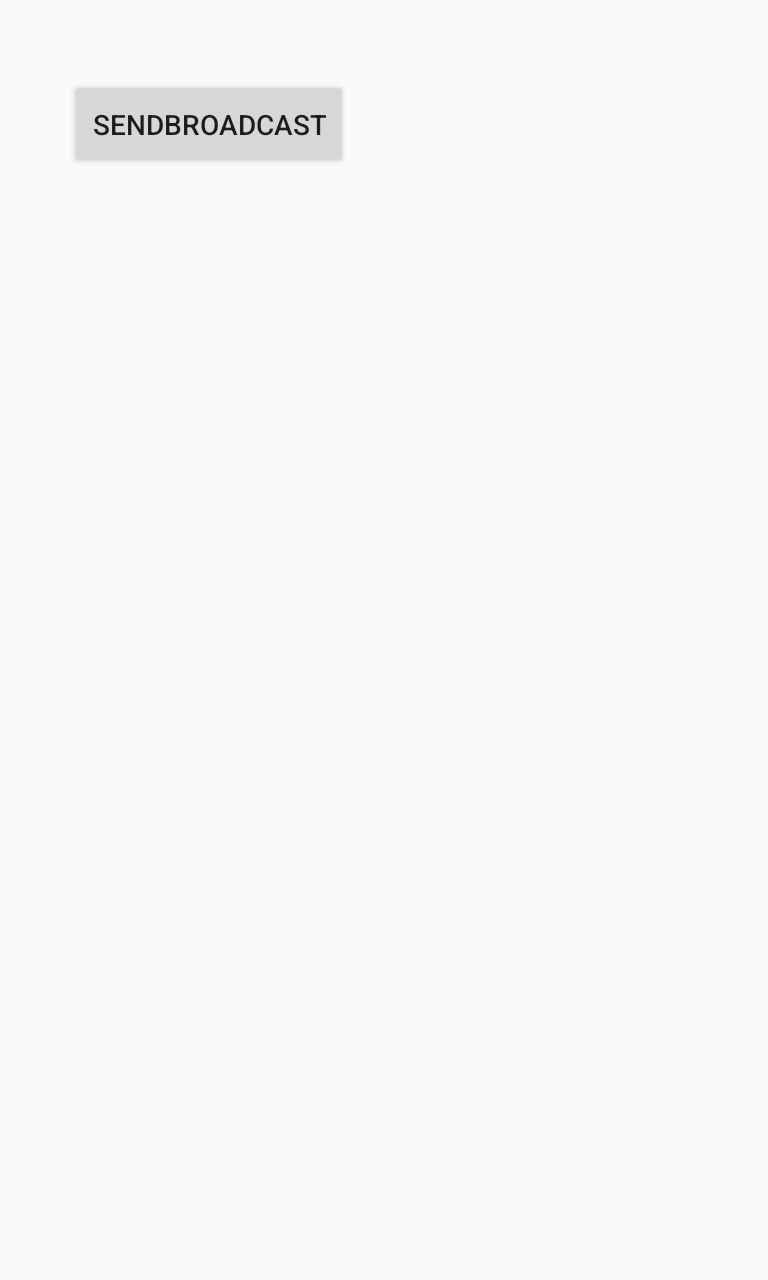
Repository: chenchangqing/learnandroid
Layout: example04/res/layout/activity_main.xml
The author's editor kept a copy of each file at every save. The layout is drawn from the files as they stood at one save, then again after the next save.
It is drawn on a 768 x 1280 px phone screen (xhdpi) without system bars, with theme AppTheme; the app's code is not run.

Above is the layout before, as saved 2015-08-16 16:05:36.

After the next save:
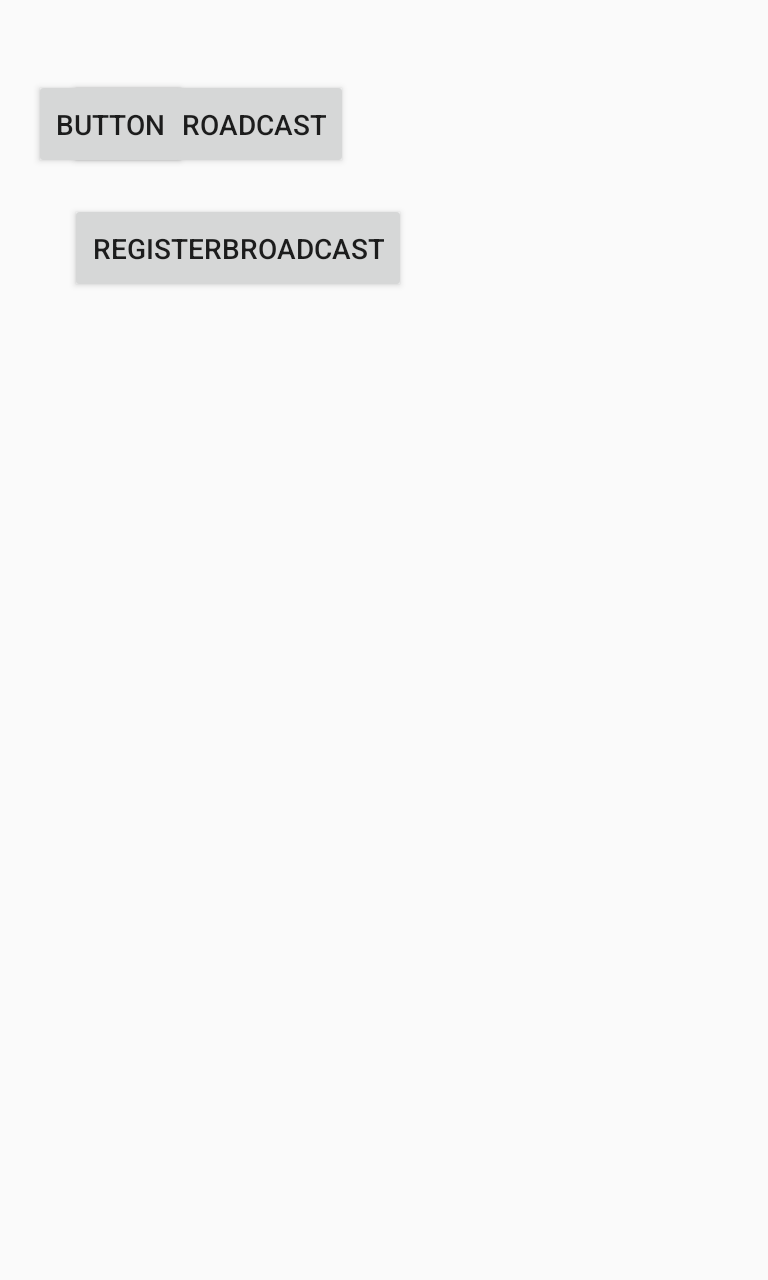
Saved 63 s later.
--- a/example04/res/layout/activity_main.xml
+++ b/example04/res/layout/activity_main.xml
@@ -19,4 +19,24 @@
         android:layout_marginTop="22dp"
         android:text="sendBroadcast" />
 
+    <Button
+        android:id="@+id/registerBroadcastBtn"
+        style="?android:attr/buttonStyleSmall"
+        android:layout_width="wrap_content"
+        android:layout_height="wrap_content"
+        android:layout_alignLeft="@+id/sendBroadcastBtn"
+        android:layout_below="@+id/sendBroadcastBtn"
+        android:layout_marginTop="14dp"
+        android:text="registerBroadcast" />
+
+    <Button
+        android:id="@+id/button2"
+        style="?android:attr/buttonStyleSmall"
+        android:layout_width="wrap_content"
+        android:layout_height="wrap_content"
+        android:layout_alignLeft="@+id/button1"
+        android:layout_below="@+id/button1"
+        android:layout_marginTop="22dp"
+        android:text="Button" />
+
 </RelativeLayout>
